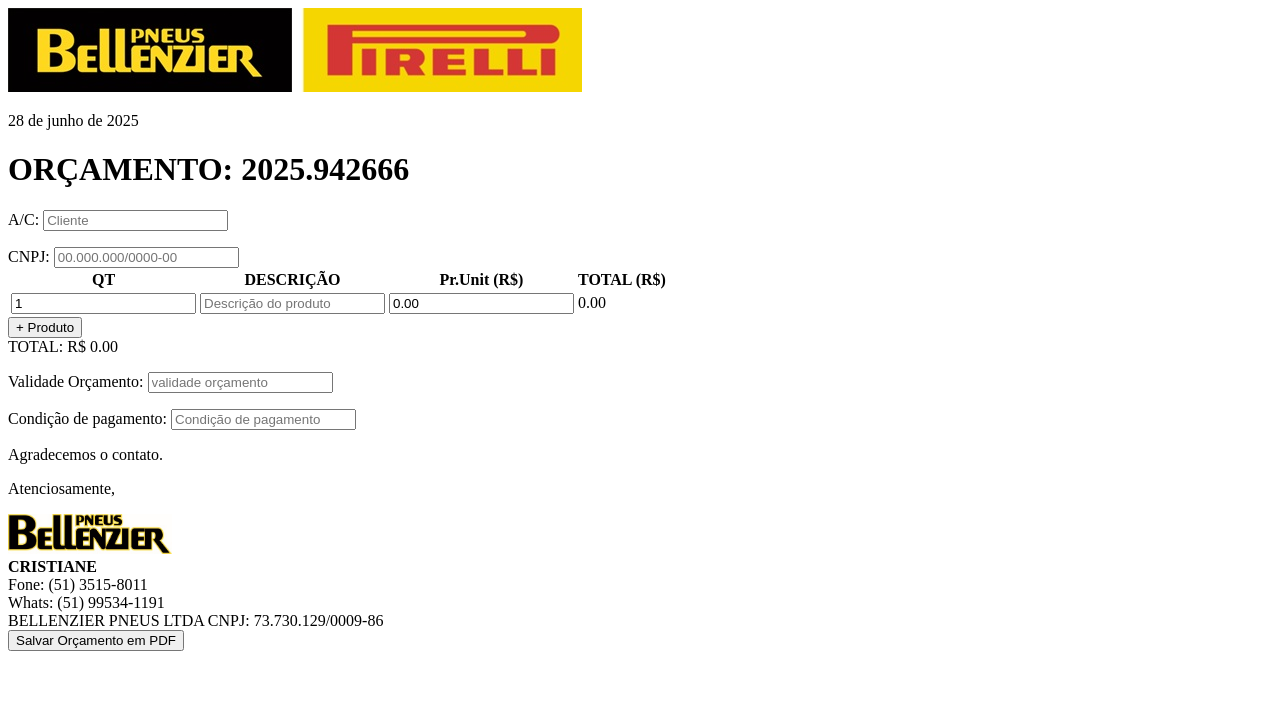
Repository: Cristiane-Sartori14/Orcamento
Page: index.html
These files come from the project's save history. The page is drawn as it stood at one moment and after the next save; the edit follows.
The browser window is 1280 px wide. The pictures show the whole page.

Above is the page before, as saved 2025-06-29 09:58:17.

### index.html
<!DOCTYPE html>
<html lang="pt-BR">
  <head>
    <meta charset="UTF-8" />
    <title>Orçamento Automático</title>
    <script src="Script.js" defer></script>
    <script src="https://cdnjs.cloudflare.com/ajax/libs/html2pdf.js/0.10.1/html2pdf.bundle.min.js"></script>
  </head>
  <body>
    <div id="orcamentoArea">
      <div class="cabecalho">
        <img src="belle.png" alt="Logo Bellenzier" />
      </div>

      <div class="dados-topo">
        <p id="dataAtual"></p>
        <h1>ORÇAMENTO: <span id="numeroOrcamento"></span></h1>
      </div>

      <div class="linha">
        <label>
          A/C:
          <input type="text" id="ac" placeholder="Cliente" />
        </label>
        <p></p>
        <label>
          CNPJ:
          <input type="text" id="cnpj" placeholder="00.000.000/0000-00" />
        </label>
      </div>

      <table>
        <thead>
          <tr>
            <th>QT</th>
            <th>DESCRIÇÃO</th>
            <th>Pr.Unit (R$)</th>
            <th>TOTAL (R$)</th>
          </tr>
        </thead>
        <tbody id="corpoTabela">
          <tr>
            <td><input type="number" class="qtd" value="1" min="1" /></td>
            <td>
              <input
                type="text"
                class="descricao"
                placeholder="Descrição do produto"
              />
            </td>
            <td>
              <input type="number" class="valor" value="0.00" step="0.01" />
            </td>
            <td class="subtotal">0.00</td>
          </tr>
        </tbody>
      </table>

      <button class="botao" onclick="adicionarProduto()">+ Produto</button>

      <div class="totalGeral">TOTAL: R$ <span id="valorTotal">0.00</span></div>

      <div class="info-final">
        <label>
          <p></p>
          Validade Orçamento:
          <input type="text" id="val" placeholder="validade orçamento" />
        </label>

        <p></p>

        <label>
          Condição de pagamento:
          <input type="text" id="cond" placeholder="Condição de pagamento" />
        </label>

        <p>Agradecemos o contato.</p>
        <p>Atenciosamente,</p>
      </div>

      <div class="rodape">
        <img src="assin.png" alt="Logo Bellenzier" style="height: 40px" /><br />
        <strong>CRISTIANE</strong><br />
        Fone: (51) 3515-8011<br />
        Whats: (51) 99534-1191<br />
        BELLENZIER PNEUS LTDA
        CNPJ: 73.730.129/0009-86
      </div>
    </div>

    <button class="botao" onclick="gerarPDF()">Salvar Orçamento em PDF</button>
  </body>
</html>

### Script.js
document.addEventListener("DOMContentLoaded", () => {
  const hoje = new Date();
  const dataFormatada = hoje.toLocaleDateString("pt-BR", {
    day: "2-digit",
    month: "long",
    year: "numeric",
  });
  document.getElementById("dataAtual").textContent = dataFormatada;
  document.getElementById("numeroOrcamento").textContent =
    new Date().getFullYear() +
    "." +
    Math.floor(100000 + Math.random() * 900000);
  document
    .querySelectorAll(".qtd, .valor")
    .forEach((input) => input.addEventListener("input", atualizarTotais));
  atualizarTotais();
});

document.getElementById("cnpj").addEventListener("input", function (e) {
  let valor = e.target.value.replace(/\D/g, ""); // remove tudo que não é número

  if (valor.length > 14) valor = valor.slice(0, 14); // limita a 14 dígitos

  let formatado = valor;
  if (valor.length >= 3) formatado = valor.slice(0, 2) + "." + valor.slice(2);
  if (valor.length >= 6)
    formatado = formatado.slice(0, 6) + "." + valor.slice(5);
  if (valor.length >= 9)
    formatado = formatado.slice(0, 10) + "/" + valor.slice(8);
  if (valor.length >= 13)
    formatado = formatado.slice(0, 15) + "-" + valor.slice(12);

  e.target.value = formatado;
});

function atualizarTotais() {
  let total = 0;
  document.querySelectorAll("#corpoTabela tr").forEach((linha) => {
    const qtd = parseFloat(linha.querySelector(".qtd")?.value || 0);
    const valor = parseFloat(linha.querySelector(".valor")?.value || 0);
    const subtotal = qtd * valor;
    linha.querySelector(".subtotal").textContent = subtotal.toFixed(2);
    total += subtotal;
  });
  document.getElementById("valorTotal").textContent = total.toFixed(2);
}

function adicionarProduto() {
  const linha = document.createElement("tr");
  linha.innerHTML = `
        <td><input type="number" class="qtd" value="1" min="1" /></td>
        <td><input type="text" class="descricao" placeholder="Descrição do produto" /></td>
        <td><input type="number" class="valor" value="0.00" step="0.01" /></td>
        <td class="subtotal">0.00</td>
      `;
  document.getElementById("corpoTabela").appendChild(linha);
  linha.querySelector(".qtd").addEventListener("input", atualizarTotais);
  linha.querySelector(".valor").addEventListener("input", atualizarTotais);
}

function gerarPDF() {
  console.log("Gerando PDF...");
  const area = document.getElementById("orcamentoArea");
  const opt = {
    margin: 10,
    filename: `Orcamento_${Date.now()}.pdf`,
    image: { type: "jpeg", quality: 0.98 },
    html2canvas: { scale: 2 },
    jsPDF: { unit: "mm", format: "a4", orientation: "portrait" },
  };
  html2pdf().set(opt).from(area).save();
}

After the next save:
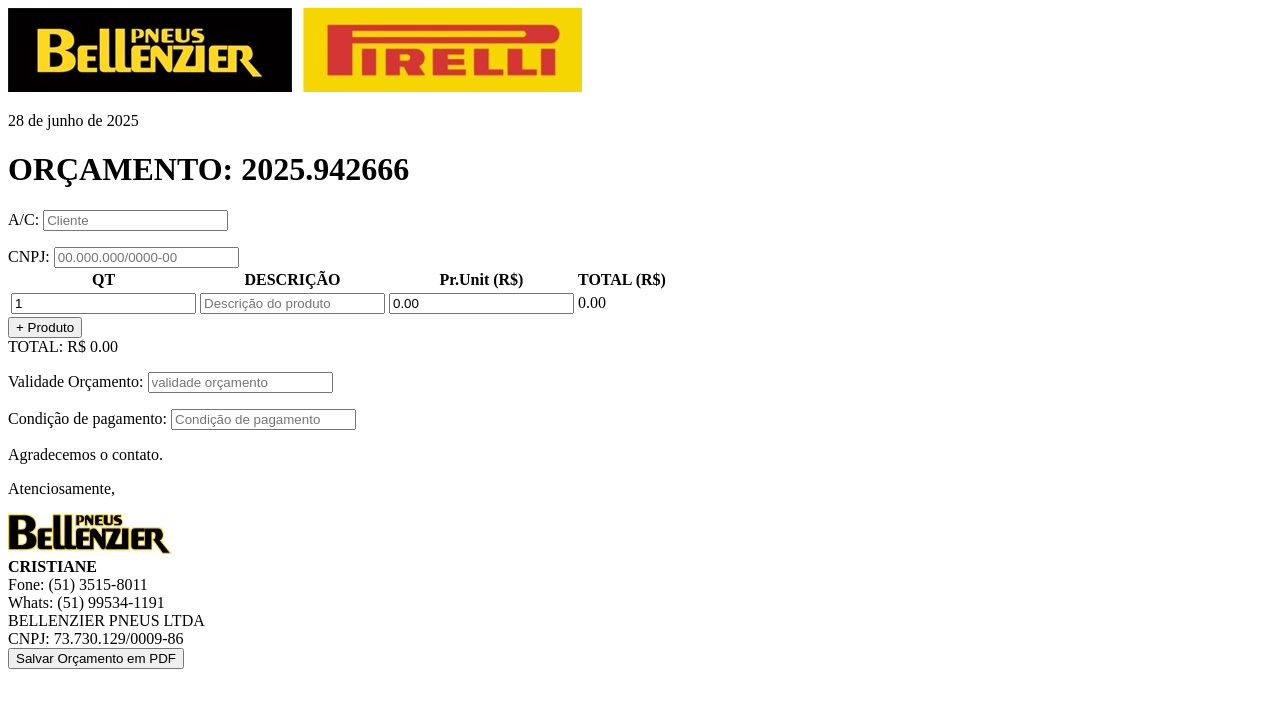
Saved 9 s later.
--- a/index.html
+++ b/index.html
@@ -83,7 +83,7 @@
         <strong>CRISTIANE</strong><br />
         Fone: (51) 3515-8011<br />
         Whats: (51) 99534-1191<br />
-        BELLENZIER PNEUS LTDA
+        BELLENZIER PNEUS LTDA<br />
         CNPJ: 73.730.129/0009-86
       </div>
     </div>
